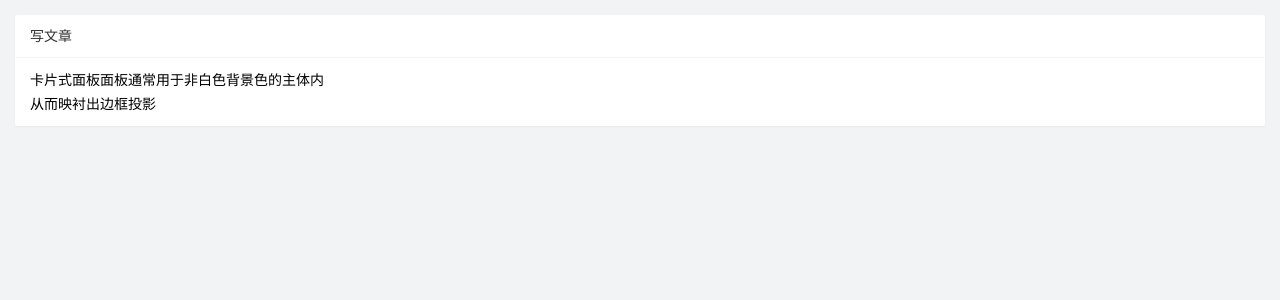
Repository: haloxxi/web_bigevent
Page: article/art-pub.html
These files come from the project's save history. The page is drawn as it stood at one moment and after the next save; the edit follows.
The browser window is 1280 px wide. The pictures show the whole page.

Above is the page before, as saved 2022-06-28 21:19:23.

### article/art-pub.html
<!DOCTYPE html>
<html lang="en">

<head>
    <meta charset="UTF-8">
    <meta http-equiv="X-UA-Compatible" content="IE=edge">
    <meta name="viewport" content="width=device-width, initial-scale=1.0">
    <title>文章发表</title>
    <link rel="stylesheet" href="/assets/lib/layui/css/layui.css">
    <link rel="stylesheet" href="/assets/css/article/art-pub.css">
</head>

<body>
    <!-- 卡片区域 -->
    <div class="layui-card">
        <div class="layui-card-header">写文章</div>
        <div class="layui-card-body">
            卡片式面板面板通常用于非白色背景色的主体内<br> 从而映衬出边框投影
        </div>
    </div>




    <!-- 导入第三方js -->
    <script src="/assets/lib/layui/layui.all.js"></script>
    <script src="/assets/lib/jquery.js"></script>
    <script src="/assets/js/baseAPI.js"></script>
    <script src="/assets/lib/template-web.js"></script>

    <!-- 导入自己写的js -->
    <script src="/assets/js/article/art-pub.js"></script>
</body>

</html>

### assets/css/article/art-pub.css
html,
body {
    padding: 0;
    margin: 0;
}

body {
    padding: 15px;
    background-color: #f2f3f5;
}

### assets/js/baseAPI.js
// 注意：每次调用$.get（）/$.ajax()的时候
// 会先调用个ajaxprefilter()这个函数
// 这个函数会给我们Ajax配置一个对象
$.ajaxPrefilter(function(options) {

    // 在发起真正的Ajax之前 统一拼接路径
    // http://api-breakingnews-web.itheima.net
    // https://www.showdoc.com.cn/1425457596992351/6972620264462285
    // http://big-event-api-t.itheima.net
    options.url = 'http://api-breakingnews-web.itheima.net' + options.url
        // console.log(options.url)

    // 统一为有权限的接口设置headers
    // 不是所有都要加headers 只有my开头的需要
    if (options.url.indexOf('/my/') !== -1) {
        options.headers = {
            Authorization: localStorage.getItem('token') || ''
        }
    }

    // 全局挂载complete回调函数
    options.complete = function(res) {
        // console.log('执行了complete回调')
        // console.log(res)
        // 在complete函数中可以那倒res.responseJSON拿到响应回来的数据
        if (res.responseJSON.status === 1 && res.responseJSON.message === '身份认证失败！') {
            // 1-强制清空
            localStorage.removeItem('token')
                // 2-强制跳转登录页面
            location.href = '/login.html'
        }
    }
})

Loaded but not shown: assets/lib/layui/css/layui.css (library); assets/lib/layui/layui.all.js (library); assets/lib/jquery.js (library); assets/lib/template-web.js (library); assets/lib/layui/css/modules/laydate/default/laydate.css (library); assets/lib/layui/css/modules/layer/default/layer.css (library); assets/lib/layui/css/modules/code.css (common file); assets/js/article/art-pub.js (no stored copy; drawn as an empty file)

After the next save:
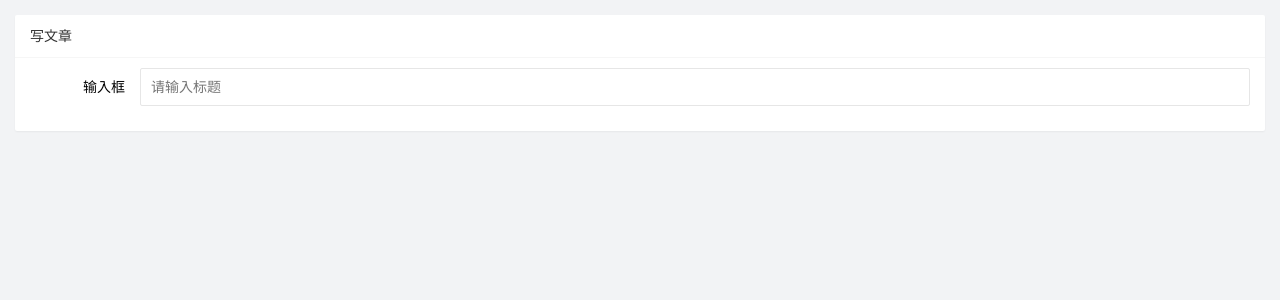
Saved 6 min 58 s later.
--- a/article/art-pub.html
+++ b/article/art-pub.html
@@ -15,7 +15,13 @@
     <div class="layui-card">
         <div class="layui-card-header">写文章</div>
         <div class="layui-card-body">
-            卡片式面板面板通常用于非白色背景色的主体内<br> 从而映衬出边框投影
+            <form class="layui-form" action="">
+                <div class="layui-form-item">
+                    <label class="layui-form-label">输入框</label>
+                    <div class="layui-input-block">
+                        <input type="text" name="title" required lay-verify="required" placeholder="请输入标题" autocomplete="off" class="layui-input">
+                    </div>
+                </div>
         </div>
     </div>
 
